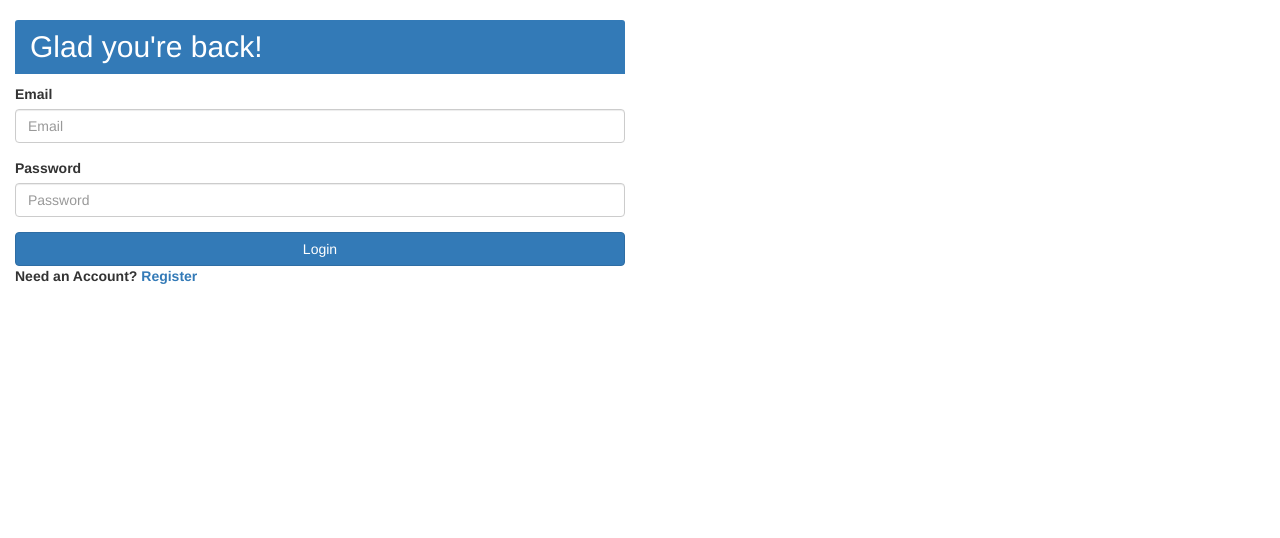
Repository: ronnydoan12345/Doan-ReimbursementProject
Page: http://localhost/org.revature.ERS/
An editor plug-in stored every save of this project. The page is shown before and after the next save, followed by the edit.
The browser window is 1280 px wide. The pictures show the whole page.
The page is served by Tomcat 9. Other server files are loaded and not shown.

Above is the page before, as saved 2019-01-14 22:27:23.

### org.revature.ERS/src/main/webapp/login.html
<!DOCTYPE html>
<html>

<head>
    <meta charset="utf-8">
    <title></title>
    <meta name="viewport" content="width=device-width, initial-scale=1">


    <link rel="stylesheet" href="https://maxcdn.bootstrapcdn.com/bootstrap/3.3.7/css/bootstrap.min.css">
    <link href="./Project1-FrontEnd/css/main.css" rel="stylesheet">
     <script src="https://ajax.googleapis.com/ajax/libs/jquery/3.3.1/jquery.min.js"></script>
    <script src="https://maxcdn.bootstrapcdn.com/bootstrap/3.3.7/js/bootstrap.min.js"></script>
</head>

<body>
    <div id="container">
        <form class="col-md-6" id="loginForm" name="loginForm">
            <div class="panel-primary">
                <h2 class="loginCenter panel-heading">Glad you're back!</h2>
            </div>
            <div class="form-group">
                <label for="email">Email</label>
                <input type="text" id="email" name="email" class="form-control" placeholder="Email" />
            </div>
            <div class="form-group">
                <label for="password">Password</label>
                <input type="password" id="password" name="password" class="form-control" placeholder="Password" />
            </div>
			<button type="button" id="login" onclick="getLoginData()" class="col-md-12 btn btn-primary">Login</button>
            <label>Need an Account?<a href="#" onclick="openRegisterForm()"> Register</a></label>
        </form>
    </div>
    <script src="./Project1-FrontEnd/javascript/main.js"></script>
</body>

</html>

### org.revature.ERS/src/main/webapp/Project1-FrontEnd/css/main.css
    .navbar {
      margin-bottom: 0;
      border-radius: 0;
    }

    .row.content {height: 450px}

    .sidenav {
      padding-top: 20px;
      background-color: #f1f1f1;
      height: 100%;
    }

    footer {
      background-color: #555;
      color: white;
      padding: 15px;
    }

    @media screen and (max-width: 767px) {
      .sidenav {
        height: auto;
        padding: 15px;
      }
      .row.content {height:auto;}
    }

Loaded but not shown: org.revature.ERS/src/main/webapp/Project1-FrontEnd/javascript/main.js (no copy from this time; the picture is the same without it)

After the next save:
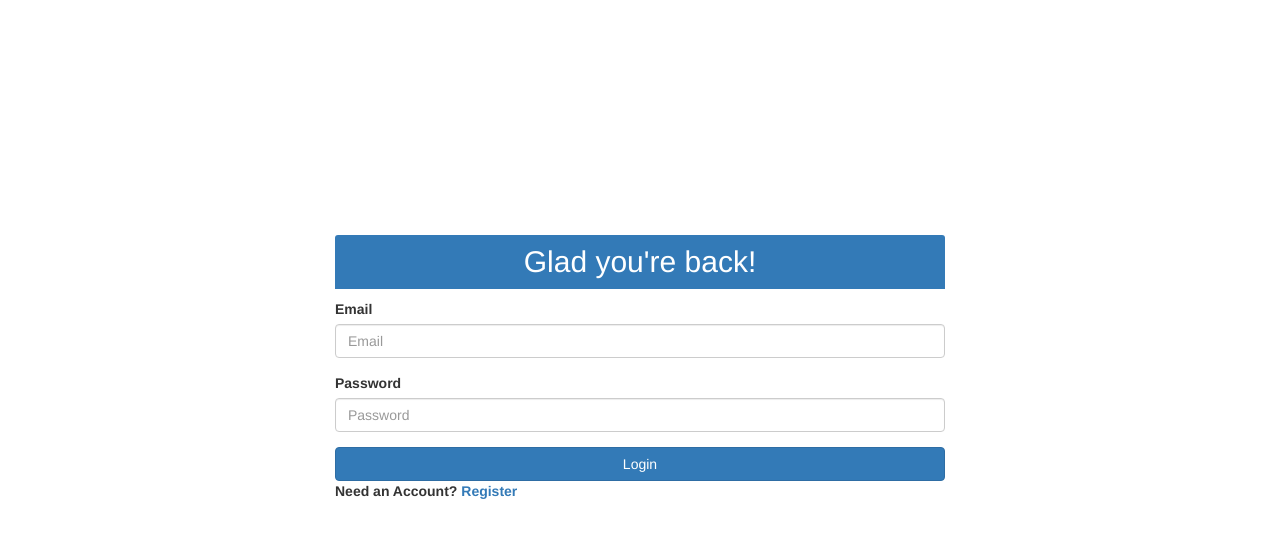
Saved 11 s later.
--- a/org.revature.ERS/src/main/webapp/Project1-FrontEnd/css/main.css
+++ b/org.revature.ERS/src/main/webapp/Project1-FrontEnd/css/main.css
@@ -1,3 +1,21 @@
+
+
+
+
+html,body {
+    height: 100%;
+}
+
+#container {
+    height: 100%;
+    display: flex;
+    justify-content: center;
+    align-items: center;
+}
+.loginCenter {
+    text-align: center;
+}
+
     .navbar {
       margin-bottom: 0;
       border-radius: 0;
